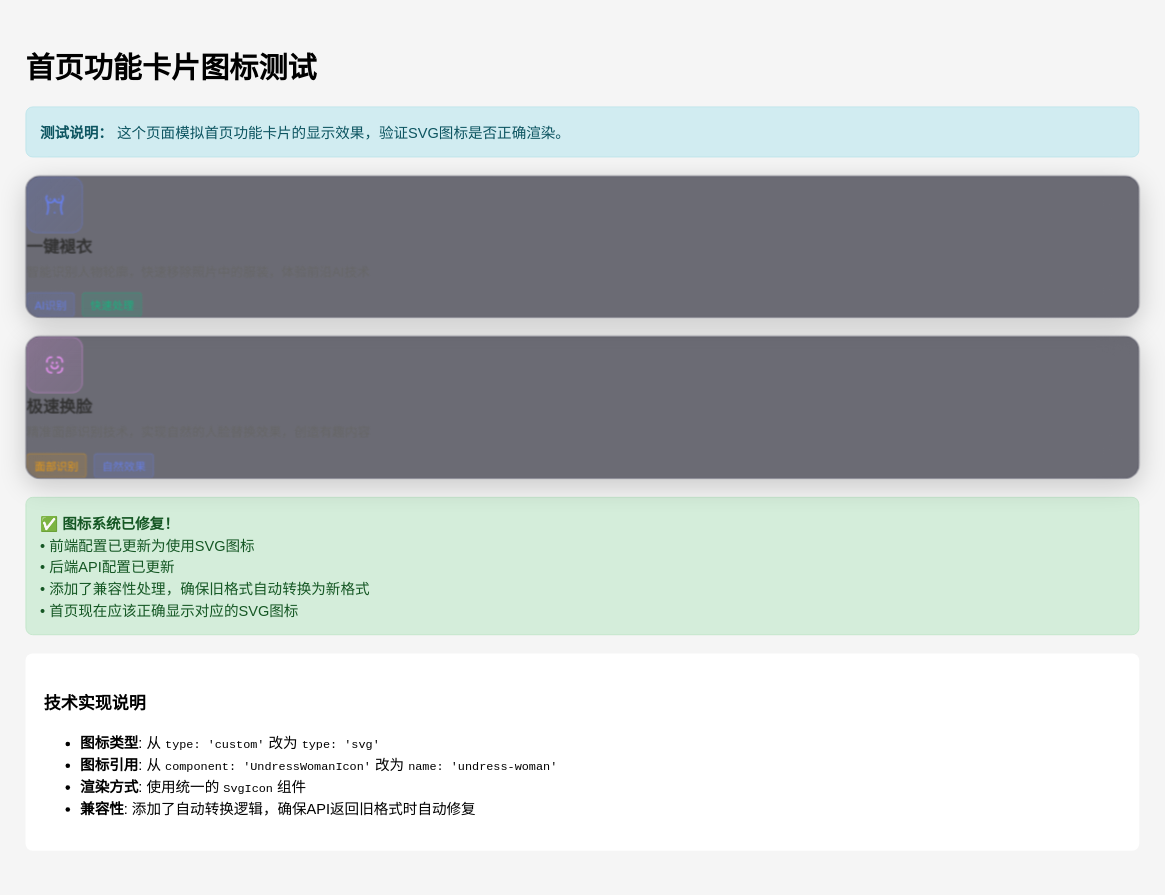
Repository: fooldychi/undress
Page: client/test-homepage.html
These files come from the project's save history. The page is drawn as it stood at one moment and after the next save; the edit follows.
The browser window is 1280 px wide. The pictures show the whole page, at 91% of full size.

Above is the page before, as saved 2025-07-26 15:50:46.

After the next save:
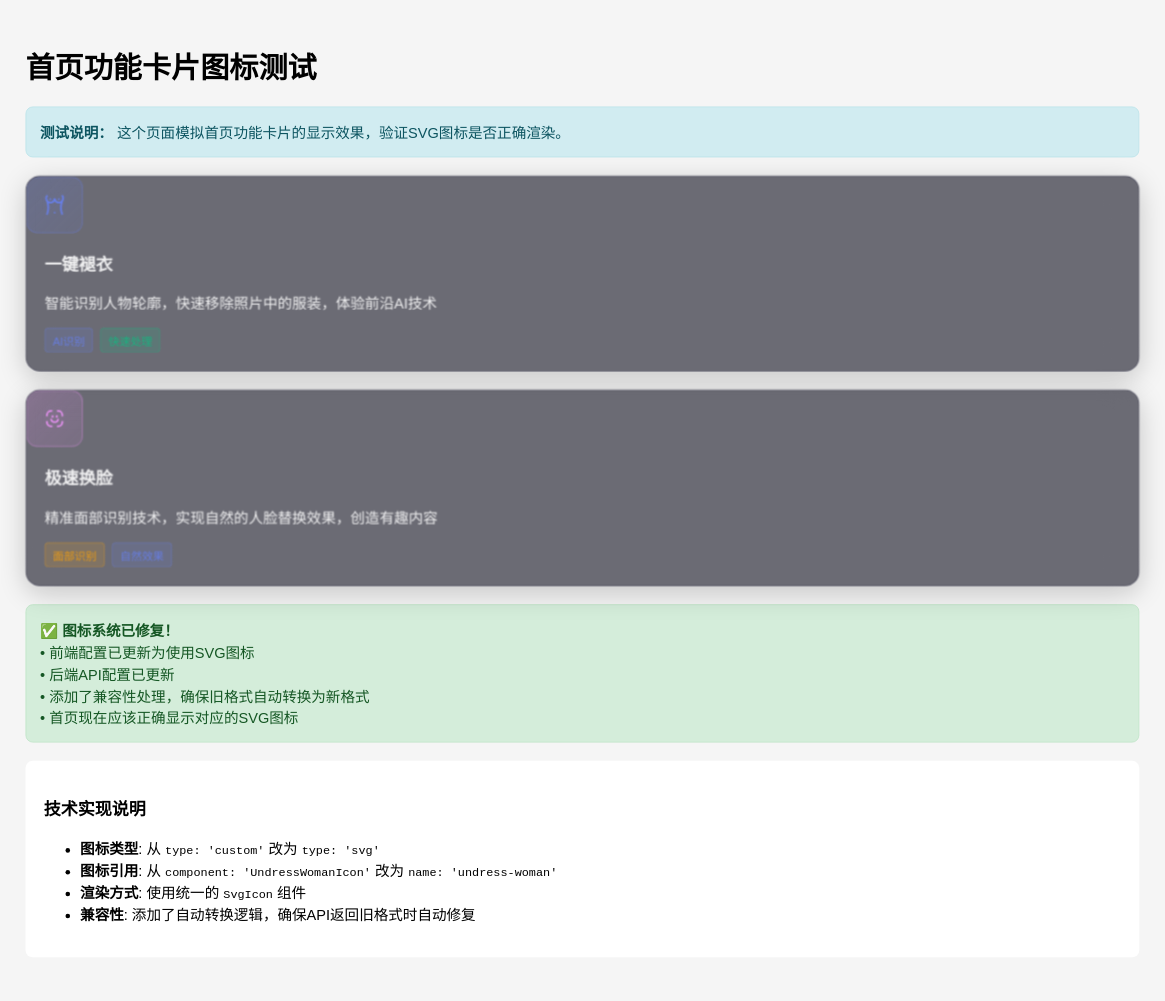
Saved 13 s later.
--- a/client/test-homepage.html
+++ b/client/test-homepage.html
@@ -65,16 +65,15 @@
             background: linear-gradient(135deg, rgba(240, 147, 251, 0.2), rgba(240, 147, 251, 0.1));
             border: 1px solid rgba(240, 147, 251, 0.3);
         }
-        .feature-content h3 {
-            margin: 0 0 8px 0;
-            color: #333;
-            font-size: 18px;
+        .feature-content {
+            padding: 0 20px 20px 20px;
+            color: rgba(255, 255, 255, 0.9);
         }
-        .feature-content p {
+        .feature-description {
             margin: 0 0 12px 0;
-            color: #666;
-            font-size: 14px;
-            line-height: 1.4;
+            color: rgba(255, 255, 255, 0.85);
+            font-size: 15px;
+            line-height: 1.6;
         }
         .feature-tags {
             display: flex;
